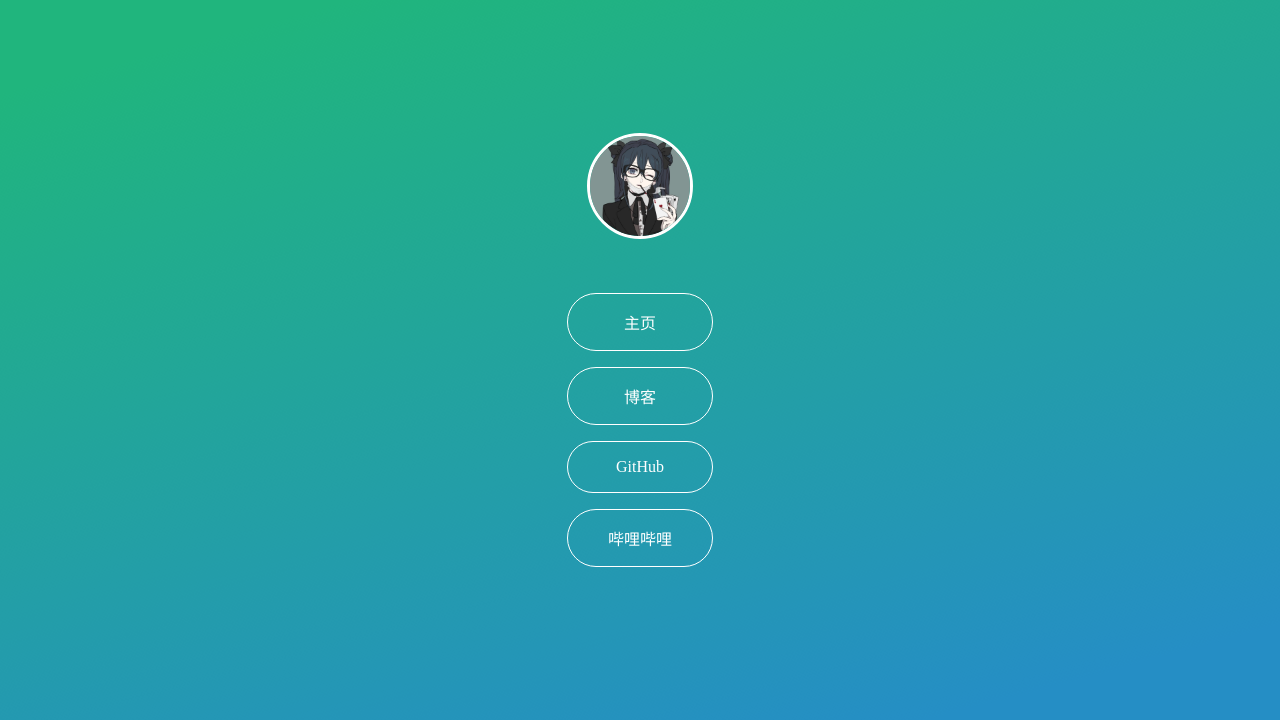
Repository: MarginLon/marginlon.github.io
Page: index.html
The author's editor kept a copy of each file at every save. The page is drawn from the files as they stood at one save, then again after the next save.
The browser window is 1280 px wide. The pictures show the whole page.

Above is the page before, as saved 2022-09-24 09:10:28.

After the next save:
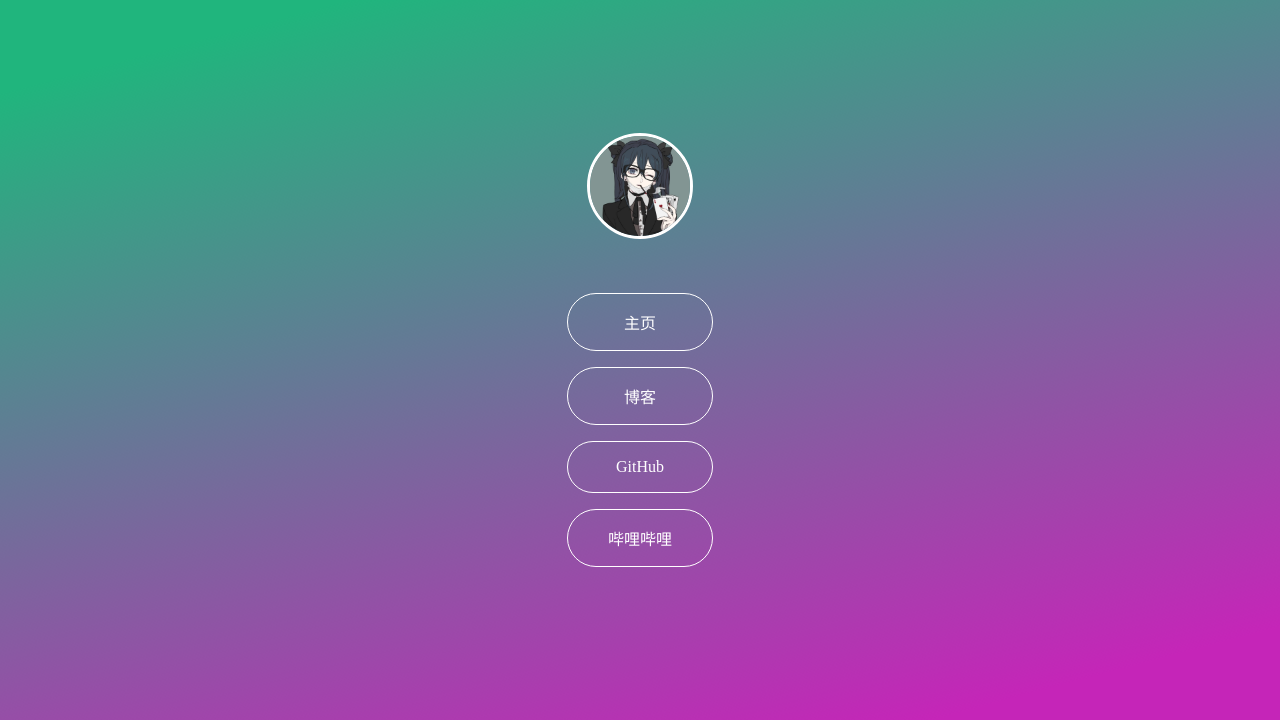
Saved 10 min 55 s later.
--- a/index.html
+++ b/index.html
@@ -49,7 +49,7 @@
             top: calc(50% - 1500px);
             left: calc(50% - 1500px);
             animation: bg-rotate 15s infinite linear;
-            background: linear-gradient(45deg, #20b57d 40%, #258ec5 60%);
+            background: linear-gradient(45deg, #20b57d 40%, #c525b8 60%);
         }
 
         @keyframes bg-rotate {
